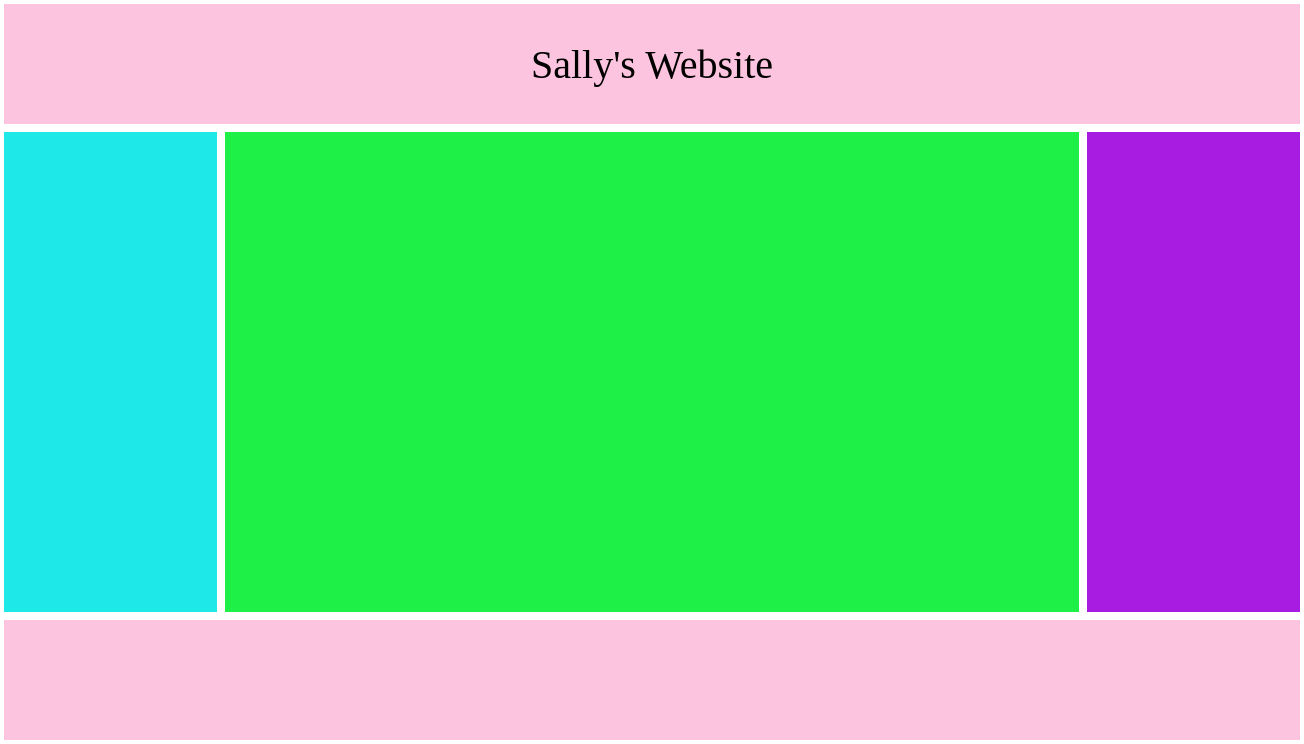
Repository: tianjiewang2022/tianjiewang2022.github.io
Page: index.html
An editor plug-in stored every save of this project. The page is shown before and after the next save, followed by the edit.
The browser window is 1280 px wide. The page is 1304 px wide, so the pictures cover 1304 px, including what lies to the right of the window. The pictures show the whole page.

Above is the page before, as saved 2023-10-02 23:33:45.

After the next save:
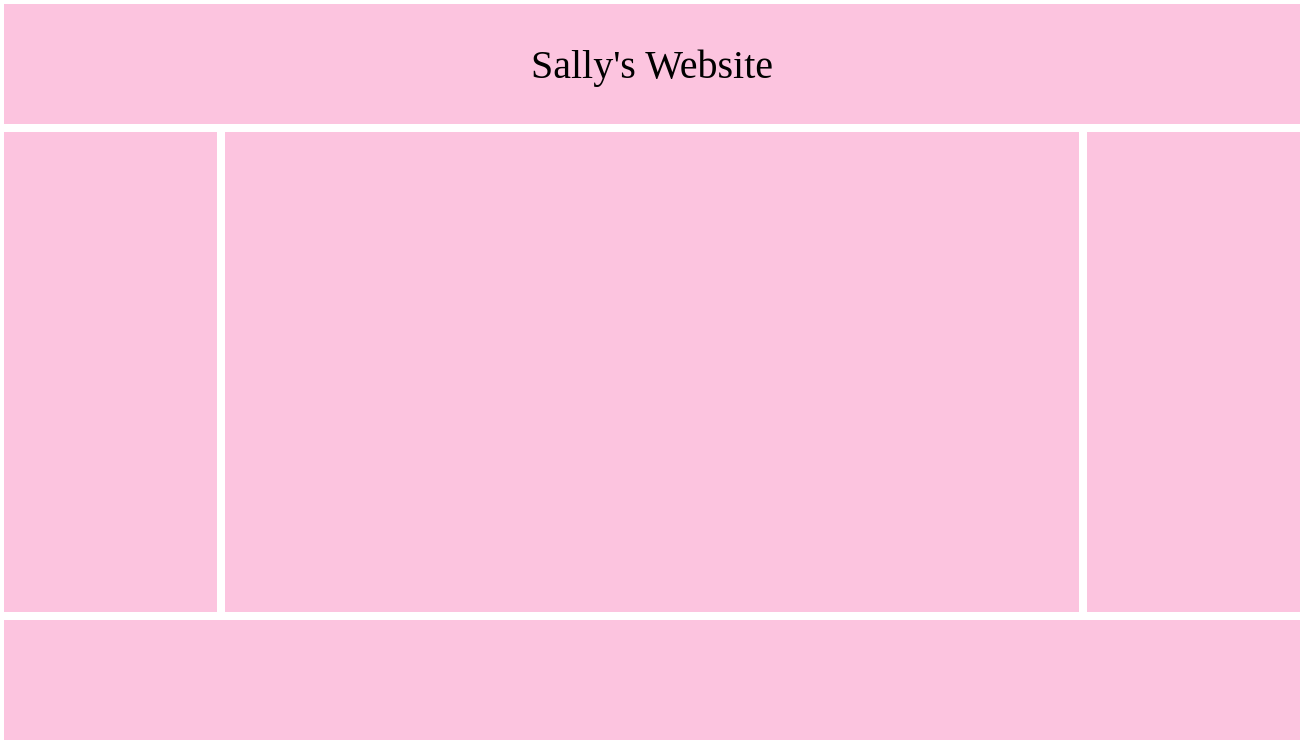
Saved 115 s later.
--- a/index.html
+++ b/index.html
@@ -31,7 +31,7 @@
             }
 
             .left_bar {
-                background-color: rgb(30, 232, 232);
+                background-color: rgb(252, 196, 223);
                 grid-row: 2 / span 4;
                 grid-column: 1 / span 1;
                 height: calc(4 * (100vh / 6));
@@ -43,7 +43,7 @@
             }
 
             .main_area {
-                background-color: rgb(30, 240, 72);
+                background-color: rgb(252, 196, 223);
                 grid-row: 2 / span 4;
                 grid-column: 2 / span 4;
                 display: flex;
@@ -58,7 +58,7 @@
             }
 
             .right_bar {
-                background-color: rgb(168, 27, 224);
+                background-color: rgb(252, 196, 223);
                 grid-row: 2 / span 4;
                 grid-column: 6 / span 1;
                 height: calc(4 * (100vh / 6));
